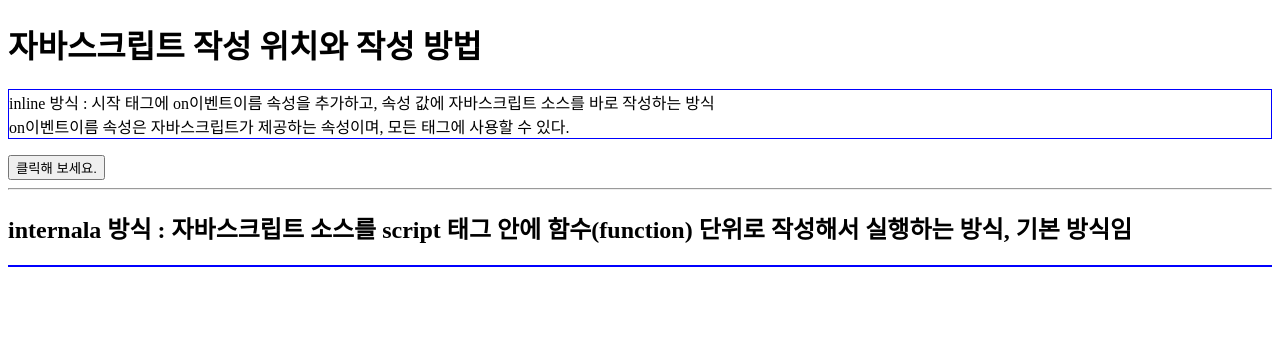
Repository: bianchi112/ict-data
Page: web_workspace/testJavaScriptProject/src/main/webapp/views/testjs/sample1.html
The author's editor kept a copy of each file at every save. The page is drawn from the files as they stood at one save, then again after the next save.
The browser window is 1280 px wide. The pictures show the whole page.

Above is the page before, as saved 2024-09-03 01:55:10.

### web_workspace/testJavaScriptProject/src/main/webapp/views/testjs/sample1.html
<!DOCTYPE html>
<html lang="ko">
<head>
<meta charset="UTF-8">
<title>sample1</title>
<style type="text/css">
p { border: 1px solid blue; }
</style>
</head>
<body>
<h1>자바스크립트 작성 위치와 작성 방법</h1>
<p id="demo1">
inline 방식 : 시작  태그에 on이벤트이름 속성을 추가하고, 속성 값에 자바스크립트 소스를 바로 작성하는 방식<br>
on이벤트이름 속성은 자바스크립트가 제공하는 속성이며, 모든 태그에 사용할 수 있다.
</p>
<button onclick="document.getElementById('demo1').innerHTML='onclick 속성에 자바스크립트를 직접 작성한 경우의 체스트 확인글!';">클릭해 보세요.</button> <br>
<hr>
<h2>internala 방식 : 자바스크립트 소스를 script 태그 안에 함수(function) 단위로 작성해서 실행하는 방식,
기본 방식임</h2>
<p id="demo2"></p>
</body>
</html>

After the next save:
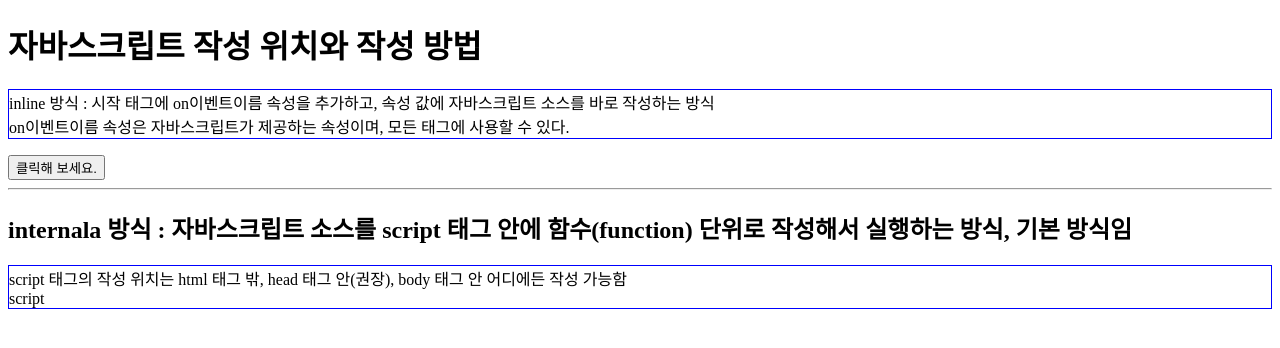
Saved 86 s later.
--- a/web_workspace/testJavaScriptProject/src/main/webapp/views/testjs/sample1.html
+++ b/web_workspace/testJavaScriptProject/src/main/webapp/views/testjs/sample1.html
@@ -17,6 +17,9 @@ on이벤트이름 속성은 자바스크립트가 제공하는 속성이며, 모
 <hr>
 <h2>internala 방식 : 자바스크립트 소스를 script 태그 안에 함수(function) 단위로 작성해서 실행하는 방식,
 기본 방식임</h2>
-<p id="demo2"></p>
+<p id="demo2">
+script 태그의 작성 위치는 html 태그 밖, head 태그 안(권장), body 태그 안 어디에든 작성 가능함 <br>
+script
+</p>
 </body>
 </html>
